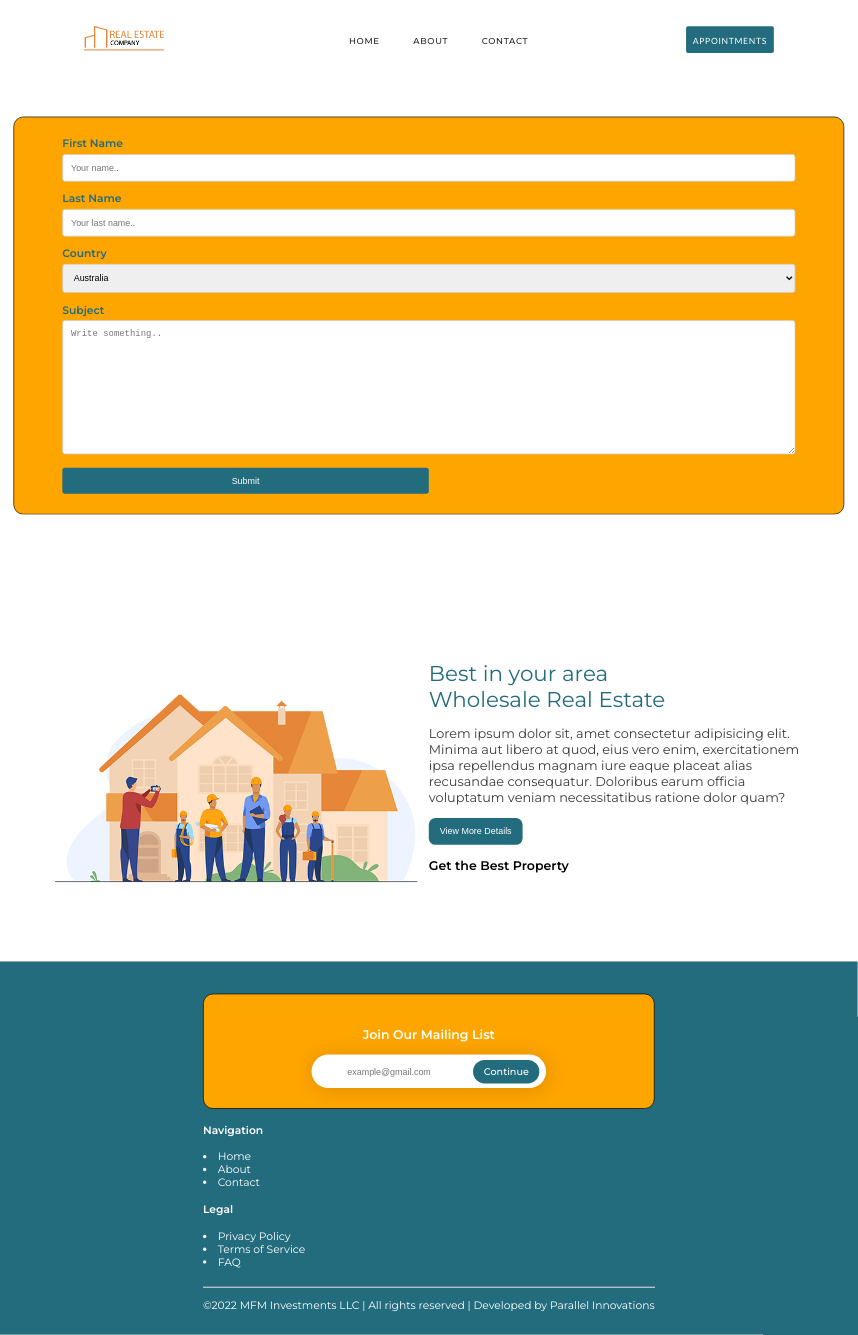
Repository: gabe126679/Mikes-site
Page: /contact
These files come from the project's save history. The page is drawn as it stood at one moment and after the next save; the edit follows.
The browser window is 1280 px wide. The pictures show the whole page, at 67% of full size.
Some web libraries are served in a nearby version. The project was rebuilt for these pictures with package versions that can differ from the ones it lists, and the page was loaded fresh each time. Also part of the build but not shown: src/components/Header.jsx, src/components/Howitworks.jsx, src/components/Contact.jsx, src/components/PageAbout.jsx, src/components/Appointments.jsx, src/components/Bproperty.jsx, src/components/Item.js, src/components/CarouselItem.jsx and 4 more.

Above is the page before, as saved 2022-04-19 18:48:20.

After the next save:
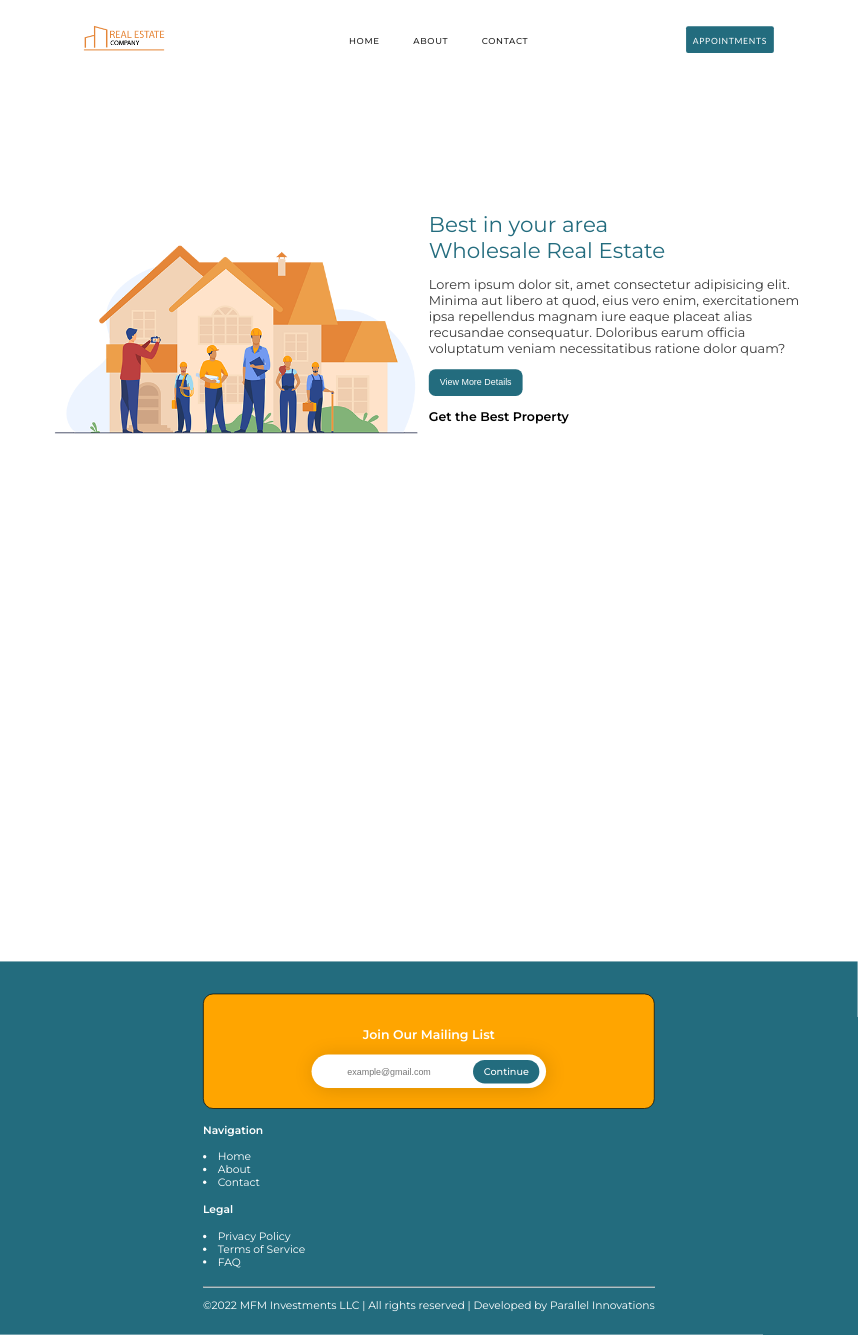
Saved 49 s later.
--- a/src/components/PageContact.jsx
+++ b/src/components/PageContact.jsx
@@ -30,7 +30,7 @@
 
         <div className="form-contact">
             <Navbar/>
-            <Form/>
+
             <About />
         </div>
     </Section>

After the save that followed:
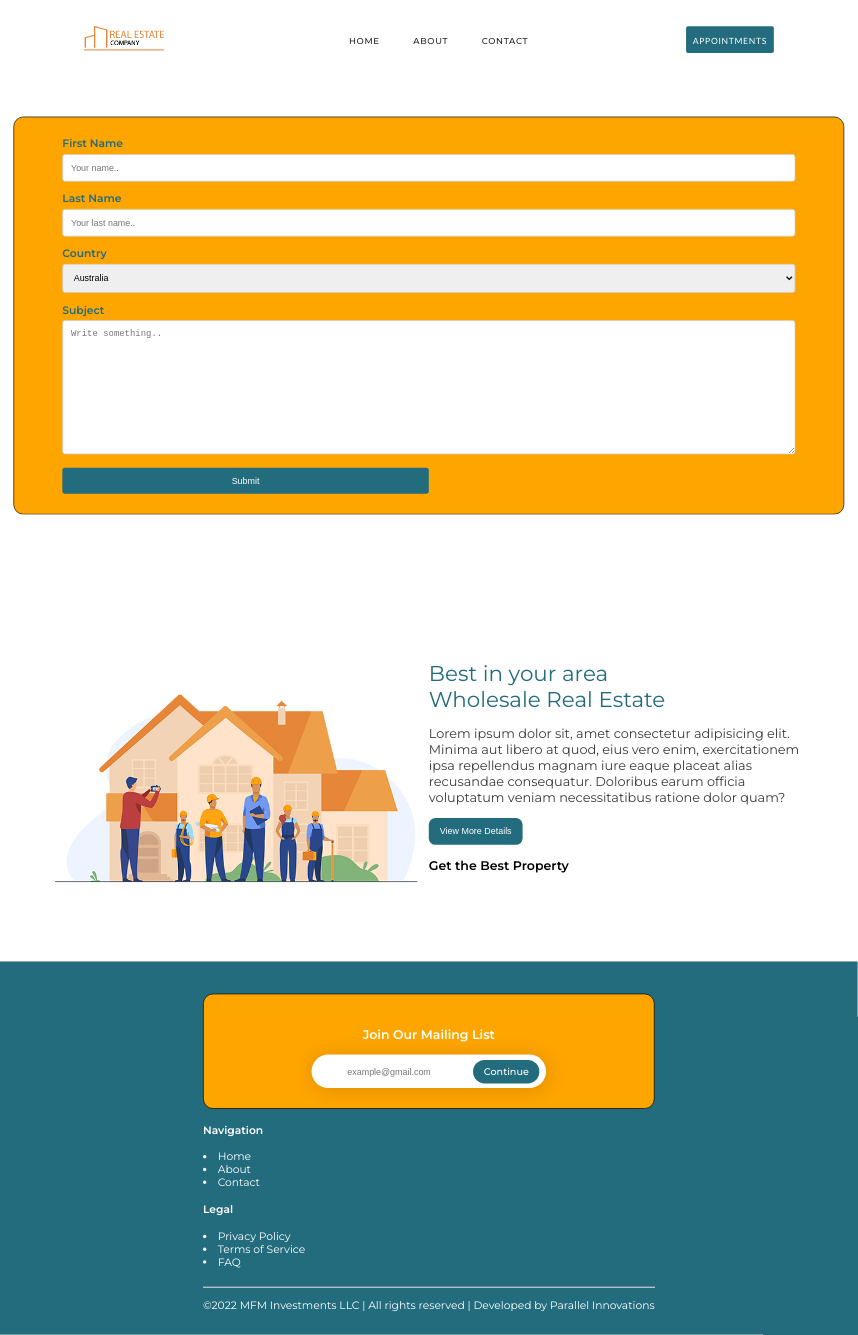
Saved 8 s later.
--- a/src/components/PageContact.jsx
+++ b/src/components/PageContact.jsx
@@ -30,7 +30,7 @@
 
         <div className="form-contact">
             <Navbar/>
-
+            <Form/>
             <About />
         </div>
     </Section>
